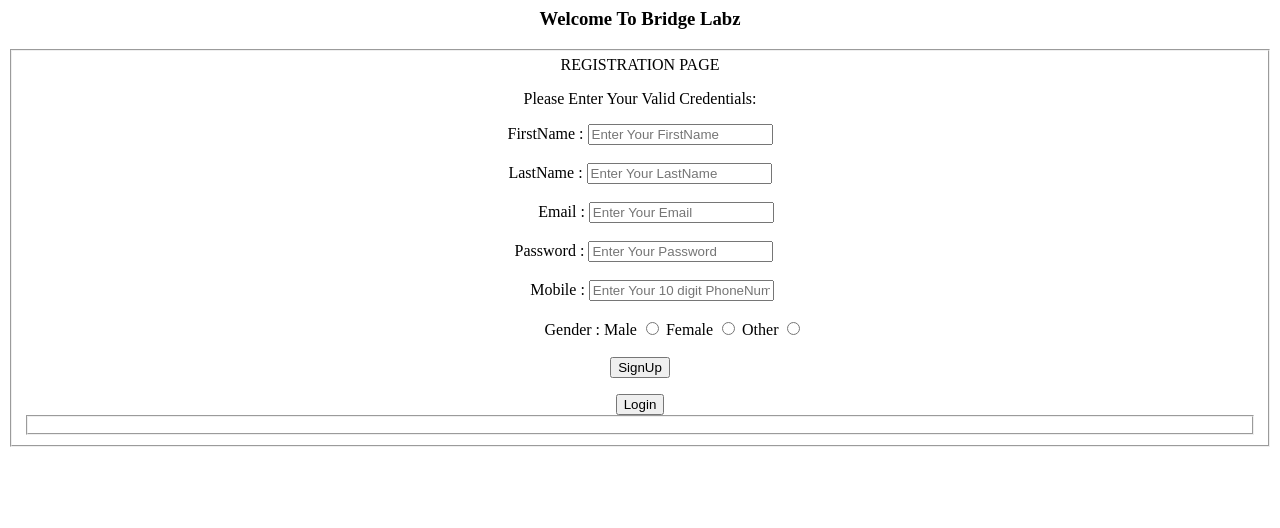
Repository: msibgathulla9980/Servlet
Page: ServletJdbcApp/WebContent/Registration.html
The author's editor kept a copy of each file at every save. The page is drawn from the files as they stood at one save, then again after the next save.
The browser window is 1280 px wide. The pictures show the whole page.

Above is the page before, as saved 2019-01-24 04:58:35.

After the next save:
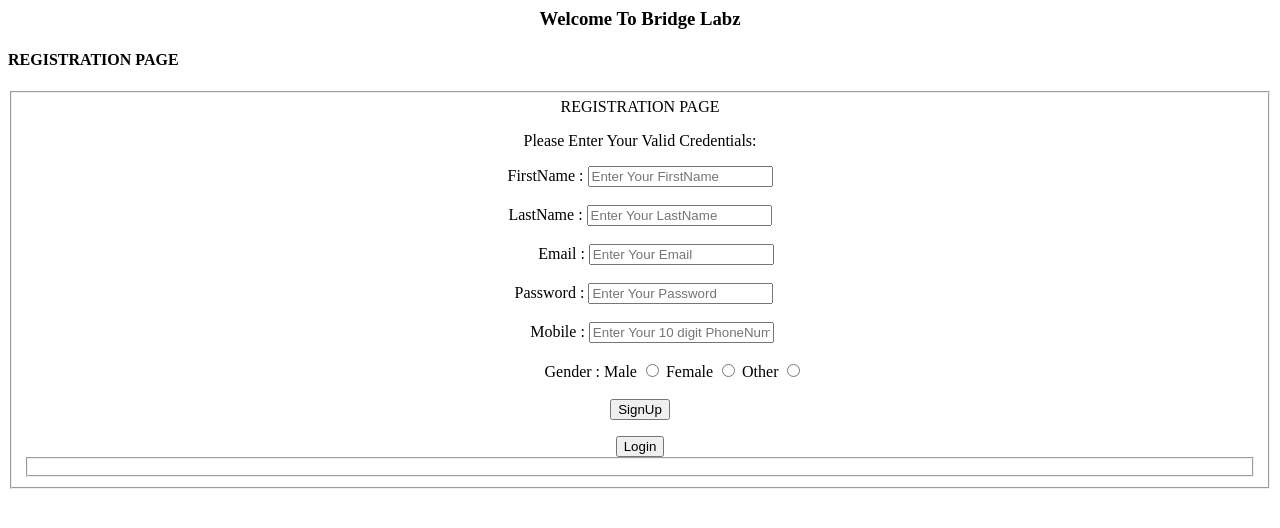
Saved 2 min 19 s later.
--- a/ServletJdbcApp/WebContent/Registration.html
+++ b/ServletJdbcApp/WebContent/Registration.html
@@ -1,6 +1,7 @@
 <html>
 <head>
 <h3><b><center>Welcome To Bridge Labz</center></b></h3>
+<h4><b>REGISTRATION PAGE</b></h4>
 </head>
 <title>BridgeLabz Registration</title>
 <body>
